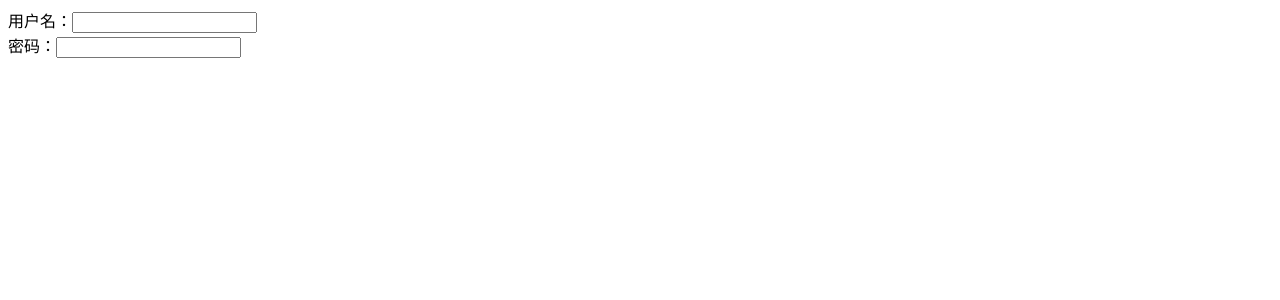
Repository: MoMentDaDa/JavaProject
Page: http://localhost/04/views/login.jsp
An editor plug-in stored every save of this project. The page is shown before and after the next save, followed by the edit.
The browser window is 1280 px wide. The pictures show the whole page.
The page is served by Tomcat 9.

Above is the page before, as saved 2020-03-07 02:29:00.

After the next save:
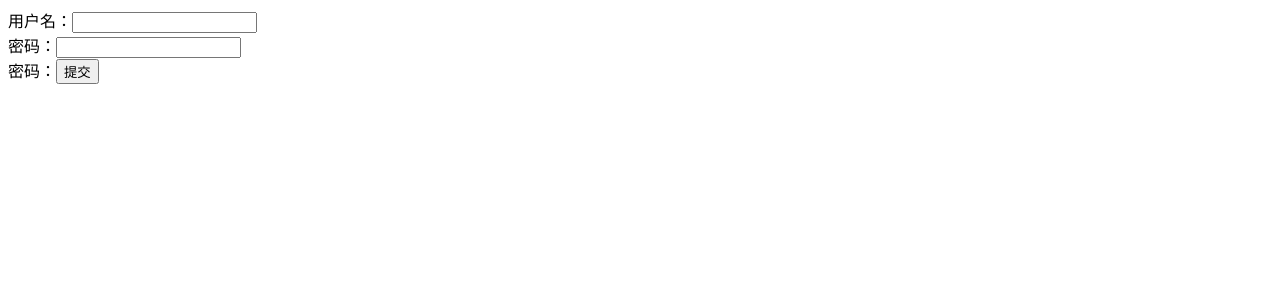
Saved 21 s later.
--- a/Servlet/04/WebContent/views/login.jsp
+++ b/Servlet/04/WebContent/views/login.jsp
@@ -1,5 +1,4 @@
-<%@ page language="java" contentType="text/html; charset=UTF-8"
-    pageEncoding="UTF-8"%>
+<%@ page language="java" contentType="text/html; charset=UTF-8" pageEncoding="UTF-8"%>
 <!DOCTYPE html>
 <html>
 <head>
@@ -8,10 +7,10 @@
 </head>
 <body>
 
-<form action="/session/login" method="post">
-用户名：<input type="text"	 name=username><br>
-密码：<input type="password"	 name=password><br>
+	<form action="/session/login" method="post">
+		用户名：<input type="text" name=username><br> 密码：<input type="password" name=password><br> 密码：<input
+			type="submit" value="提交"><br>
 
-</form>
+	</form>
 </body>
 </html>
